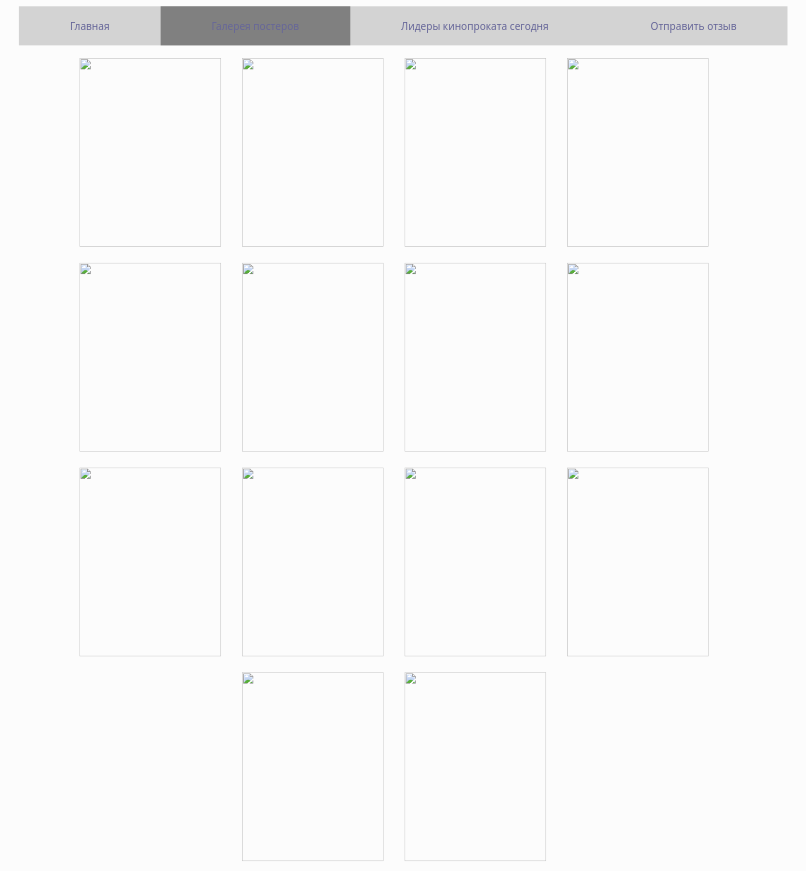
Repository: nasty-97/courseWeb
Page: http://localhost/item_2.php
The author's editor kept a record of every edit. The page is drawn from the files as they stood at one moment, then again after the next edit.
The browser window is 1280 px wide. The pictures show the whole page, at 63% of full size.
The page is run by PHP 8.4 with error messages shown; the project is at /var/www/html/. The database holds what the project's SQL file puts in it.

Above is the page before.

### item_2.php
<!DOCTYPE html>
<html>
	<head>
		<meta charset="utf-8">
		<link rel="stylesheet" href="style.css">
		<title>Главная</title>
				<style type="text/css">
			@media (max-width: 900px) and (min-width: 561px) {
			  .col {
			    width: 50%;
			  }
			}

			@media (max-width: 560px) and (min-width: 370px) {
			  .col {
			    width: 100%;
			  }
			  .menu__list-link {
			    font-size: 14px;
			    padding: 5px;
			    width: 84%;
			  }
			  .menu {
			    width: 102%;
			    padding: 3px;
			  }
			  p {
			    width: 100%;
			  }
			  .gallery_item {

			  }
			}
			@media (max-width: 369px) {
			  .col {
			    width: 109%;
			  }
			  .menu__list-link {
			    font-size: 12px;
			    padding: 5px;
			    width: 84%;
			}
			  .menu {
			    width: 109%;
			    padding: 0;
			}
			  p {
			    width: 109%;
			  }
			}
	</style>
	</head>
	<body>
		<?php
			global $mysqli;
        	$mysqli = new mysqli("localhost", "anastasya0409", "", "lab2DB");
        	$query = "SELECT * FROM images";
        	$mysqli->query("SET NAMES 'utf8'");
        	$result = $mysqli->query($query);
		?>
		<nav class="menu">
			<menu class="menu__list">
				<li class="menu__list-item"><a href="main.php" class="menu__list-link">Главная</a></li>
				<li class="menu__list-item" id="current"><a href="item_2.php" class="menu__list-link">Галерея постеров</a></li>
				<li class="menu__list-item"><a href="item_3.php" class="menu__list-link">Лидеры кинопроката сегодня</a></li>
				<li class="menu__list-item"><a href="item_4.php" class="menu__list-link">Отправить отзыв</a></li>
			</menu>
		</nav>
		<div class="gallery__item" style="text-align: -webkit-center;">
			<img src="https://st.kp.yandex.net/images/poster/sm_3147402.jpg">
			<img src="https://st.kp.yandex.net/images/poster/sm_3147339.jpg">
			<img src="https://st.kp.yandex.net/images/poster/sm_3147310.jpg">
			<img src="https://st.kp.yandex.net/images/poster/sm_3147220.jpg">
			<img src="https://st.kp.yandex.net/images/poster/sm_3112690.jpg">
			<img src="https://st.kp.yandex.net/images/poster/sm_2877279.jpg">
			<img src="https://st.kp.yandex.net/images/poster/sm_3145479.jpg">
			<img src="https://st.kp.yandex.net/images/poster/sm_3114312.jpg">
			<img src="https://st.kp.yandex.net/images/poster/sm_3144080.jpg">
			<img src="https://st.kp.yandex.net/images/poster/sm_3045725.jpg">
			<img src="https://st.kp.yandex.net/images/poster/sm_3146652.jpg">
			<img src="https://st.kp.yandex.net/images/poster/sm_3146419.jpg">
			<img src="https://st.kp.yandex.net/images/poster/sm_3145925.jpg">
			<img src="https://st.kp.yandex.net/images/poster/sm_3146067.jpg">
		</div>
	</body>
</html>

### style.css
body {
	/*padding: 0;*/
	margin: 0;
	font-family: 'Noto Sans', sans-serif;
	background-color: #fcfcfc;
	padding: 10px 30px;
	color: #669;
}
.menu__list {
	padding: 0;
	margin: 0;
	box-sizing: border-box;
	background: lightgrey;
	display: flex;
	justify-content: space-around;
	list-style-type: none;
}
.menu__list-item {
	flex-grow: 1;
	box-sizing: border-box;
	text-align: center;
}
.menu__list-link {
	color: #669;
	display: block;
	padding: 20px;
	text-decoration: none;
}
.menu__list-link:hover {
	background: grey;
}
.menu__list-link:active {
	background: grey;
}
#current {
	background: grey;
}

.col {
        float: left;
        width: 25%;
      }
      .col > div:hover {
        box-shadow: 0 0 3px #666, 0 0 5px #ccc;
        cursor: pointer;
      }
      .col > div {
        margin: 10px;
      }
      .col img {
        width: 100%;
        height: 200px;
        object-fit: cover;
        object-position: 50% 100%;
        display: block;
      }
      .col-text > div {
        height: 100px;
        overflow: hidden;
      }
      .col-text {
        border: 1px solid #ccc;
        background: #eee;
        color: #669;
        border-top: 0;
        padding: 10px;
        text-align: justify;
}

.gallery > img {
	object-fit: cover;
	object-position: 50%;
}

.gallery__item > img {
	-o-object-fit: fill;
     object-fit: fill;
  	object-position: 50%;
  	padding-right: 29px;
  	padding-left: 0px;
  	padding-top: 20px;
}

#wrapper #leftcol input {
    width: 40%;
    margin-left: 30%;
    float: left;
    border-radius: 5px;
    border: 2px solid silver;
    padding: 5px;
    color: #669;
    margin-bottom: 10px;
    font-size: 1.2em;
}

#wrapper #leftcol input:focus, #wrapper #leftcol textarea:focus {
    border: 2px solid #f78080;
}

#wrapper #leftcol input#done:hover {
    border: 2px solid #f8d881;
    cursor: pointer;
}

#wrapper #leftcol textarea {
    width: 50%;
    height: 150px;
    margin-left: 25%;
    float: left;
    border-radius: 5px;
    border: 2px solid silver;
    padding: 5px;
    color: #669;
    margin-bottom: 10px;
    font-size: 1.2em;
    resize: none;
}

table {
  font-family: "Lucida Sans Unicode", "Lucida Grande", Sans-Serif;
  font-size: 14px;
  background: #fcfcfc;
  border-collapse: collapse;
  text-align: left;
}
th {
  font-weight: normal;
  color: #039;
  border-bottom: 2px solid #6678b1;
  padding: 10px 8px;
}
td {
  border-bottom: 1px solid #ccc;
  color: #669;
  padding: 9px 8px;
  transition: .3s linear;
  text-align: center;
}
tr:hover td{
  color: #6699ff;
}
caption {
caption-side: top;
color: #669;
text-align: center;
padding: 10px 0;
font-size: 21px;
}

a:focus, a:active, a:hover {
	text-decoration: none;
	color: white;
}
a:hover {
	color: #6a95b7;
}
a:visited {
	color: #669;
}

@media (min-width: 1200px) {
  .gallery__item > img {
    width: 225px;
    height: 300px;
  }
}
@media (min-width: 992px) and (max-width: 1199px) {
  .gallery__item > img {
    width: 225px;
    height: 300px;
  }
}
@media (min-width: 768px) and (max-width: 991px) {
  .gallery__item > img {
    width: 225px;
    height: 300px;
  }
}
@media (max-width: 519px) {
  .gallery__item > img {
    width: 180px;
    height: 250px;
  }
}
@media (max-width: 767px) and (min-width: 520px) {
  .gallery__item > img {
    width: 190px;
    height: 300px;
  }
}

### lab2DB.sql (the tables this page reads)
CREATE TABLE IF NOT EXISTS `images` (
  `id` int(255) unsigned NOT NULL AUTO_INCREMENT,
  `linkOnImage` varchar(1000) NOT NULL,
  PRIMARY KEY (`id`)
) ENGINE=MyISAM  DEFAULT CHARSET=utf8 AUTO_INCREMENT=19;

INSERT INTO `images` (`id`, `linkOnImage`) VALUES
(1, '"https://st.kp.yandex.net/images/poster/sm_3147402.jpg"'),
(2, '"https://st.kp.yandex.net/images/poster/sm_3147339.jpg"'),
(3, '"https://st.kp.yandex.net/images/poster/sm_3147310.jpg"'),
(4, '"https://st.kp.yandex.net/images/poster/sm_3147220.jpg"'),
(5, '"https://st.kp.yandex.net/images/poster/sm_3112690.jpg"'),
(6, '"https://st.kp.yandex.net/images/poster/sm_2877279.jpg"'),
(7, '"https://st.kp.yandex.net/images/poster/sm_3145479.jpg"'),
(8, '"https://st.kp.yandex.net/images/poster/sm_3114312.jpg"'),
(9, '"https://st.kp.yandex.net/images/poster/sm_3144080.jpg"'),
(10, '"https://st.kp.yandex.net/images/poster/sm_3045725.jpg"'),
(11, '"https://st.kp.yandex.net/images/poster/sm_3146652.jpg"'),
(12, '"https://st.kp.yandex.net/images/poster/sm_3146419.jpg"'),
(13, '"https://st.kp.yandex.net/images/poster/sm_3145925.jpg"'),
(14, '"https://st.kp.yandex.net/images/poster/sm_3146067.jpg"');

After the next edit:
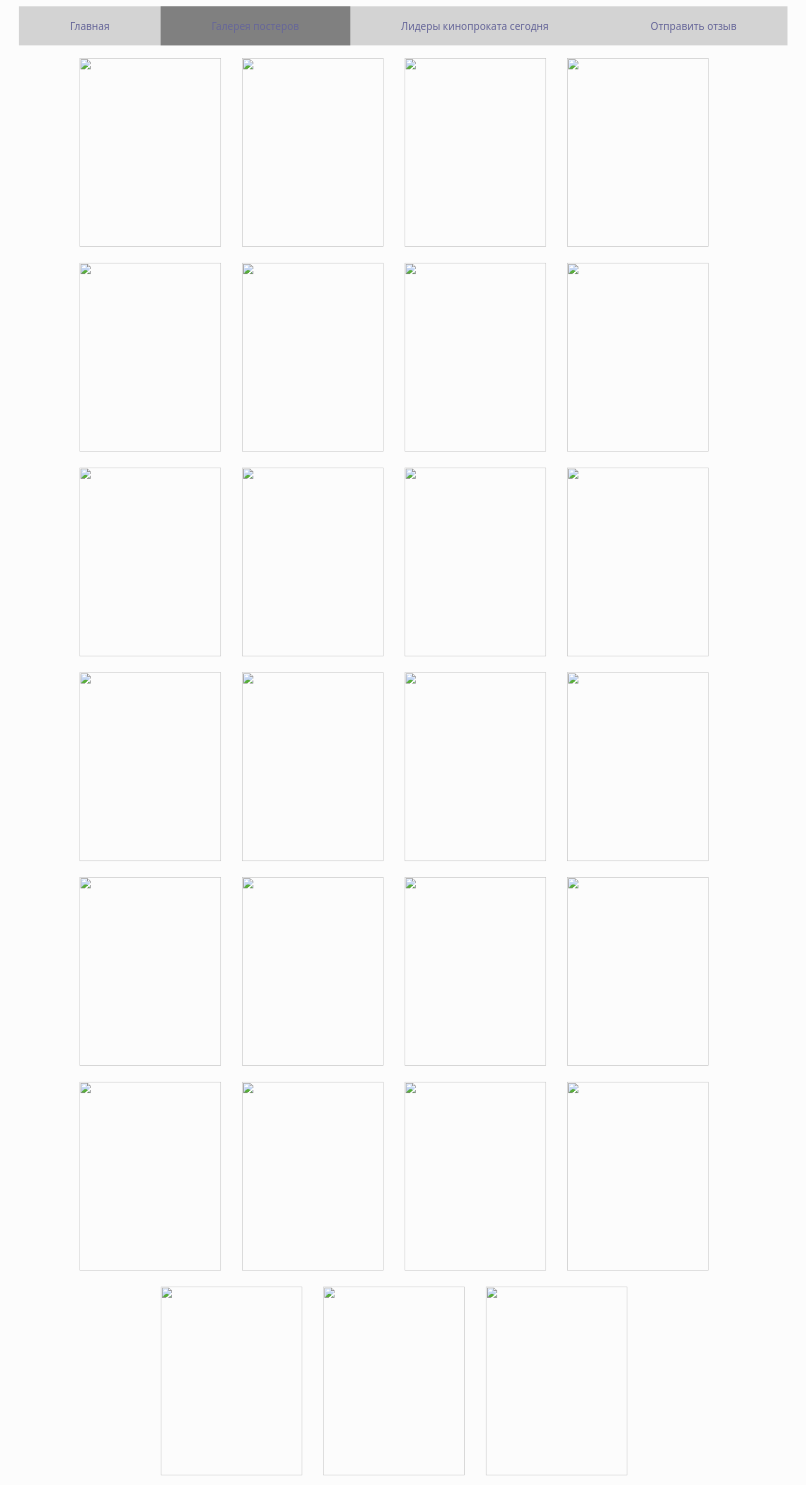
The edit:
--- a/item_2.php
+++ b/item_2.php
@@ -67,7 +67,11 @@
 			</menu>
 		</nav>
 		<div class="gallery__item" style="text-align: -webkit-center;">
+			<?php while($row = $result->fetch_array(MYSQLI_ASSOC)) {
+			?>
 			<img src="https://st.kp.yandex.net/images/poster/sm_3147402.jpg">
+			<?php }
+			?>
 			<img src="https://st.kp.yandex.net/images/poster/sm_3147339.jpg">
 			<img src="https://st.kp.yandex.net/images/poster/sm_3147310.jpg">
 			<img src="https://st.kp.yandex.net/images/poster/sm_3147220.jpg">

After the 2 edits that followed:
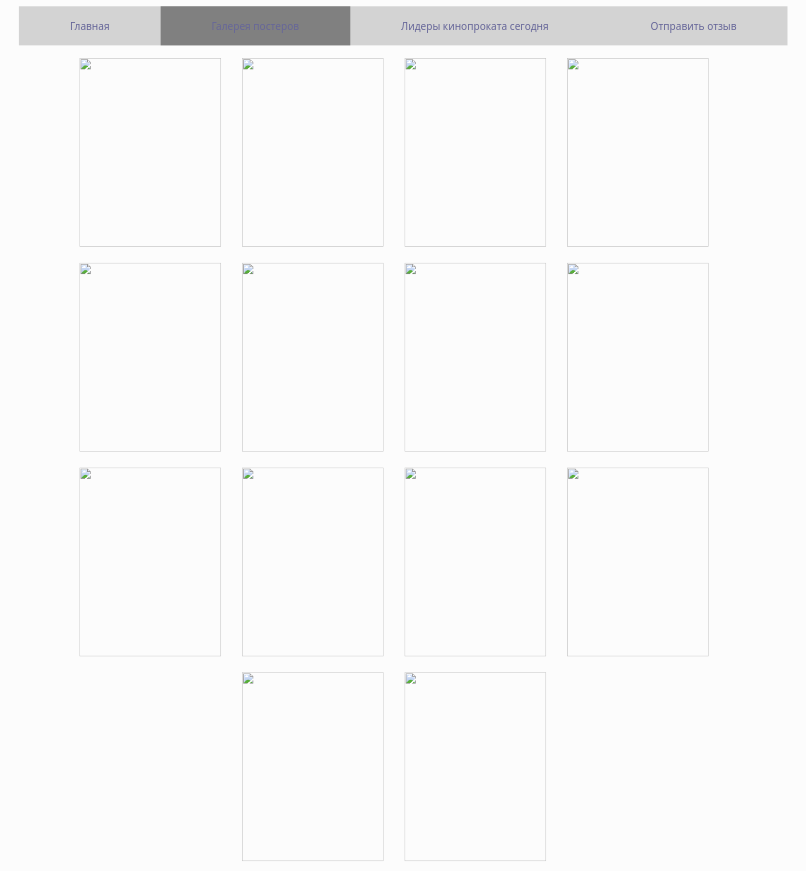
The 2 edits are shown as one change because 1 left the picture as it was.
The edit:
--- a/item_2.php
+++ b/item_2.php
@@ -69,22 +69,12 @@
 		<div class="gallery__item" style="text-align: -webkit-center;">
 			<?php while($row = $result->fetch_array(MYSQLI_ASSOC)) {
 			?>
-			<img src="https://st.kp.yandex.net/images/poster/sm_3147402.jpg">
+			<img src=<?php echo $row["linkOnImage"]?>>
 			<?php }
 			?>
-			<img src="https://st.kp.yandex.net/images/poster/sm_3147339.jpg">
-			<img src="https://st.kp.yandex.net/images/poster/sm_3147310.jpg">
-			<img src="https://st.kp.yandex.net/images/poster/sm_3147220.jpg">
-			<img src="https://st.kp.yandex.net/images/poster/sm_3112690.jpg">
-			<img src="https://st.kp.yandex.net/images/poster/sm_2877279.jpg">
-			<img src="https://st.kp.yandex.net/images/poster/sm_3145479.jpg">
-			<img src="https://st.kp.yandex.net/images/poster/sm_3114312.jpg">
-			<img src="https://st.kp.yandex.net/images/poster/sm_3144080.jpg">
-			<img src="https://st.kp.yandex.net/images/poster/sm_3045725.jpg">
-			<img src="https://st.kp.yandex.net/images/poster/sm_3146652.jpg">
-			<img src="https://st.kp.yandex.net/images/poster/sm_3146419.jpg">
-			<img src="https://st.kp.yandex.net/images/poster/sm_3145925.jpg">
-			<img src="https://st.kp.yandex.net/images/poster/sm_3146067.jpg">
 		</div>
+		<?php
+        	$mysqli->close();
+		?>
 	</body>
 </html>
